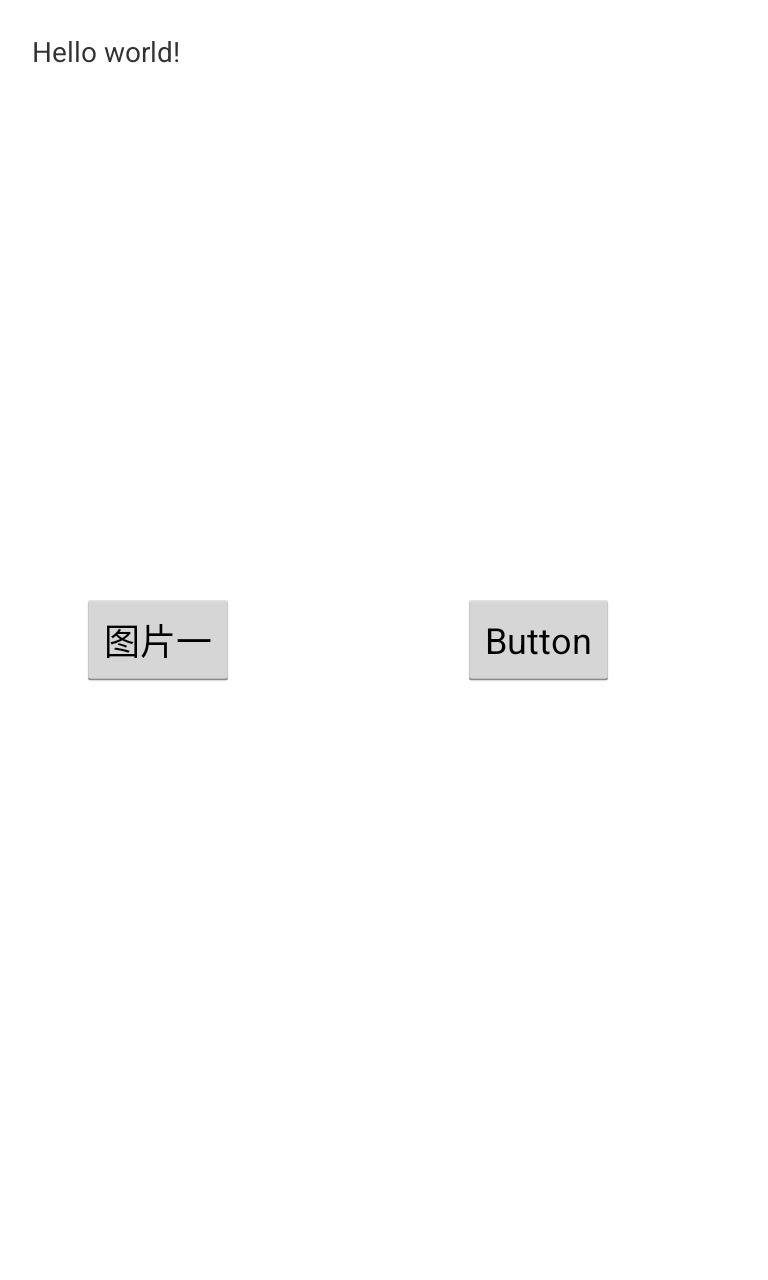
Repository: 17390089054/android
Layout: test_drawable/res/layout/activity_main.xml
The author's editor kept a copy of each file at every save. The layout is drawn from the files as they stood at one save, then again after the next save.
It is drawn on a 768 x 1280 px phone screen (xhdpi) without system bars, with theme AppTheme; the app's code is not run.

Above is the layout before, as saved 2018-05-05 03:47:46.

After the next save:
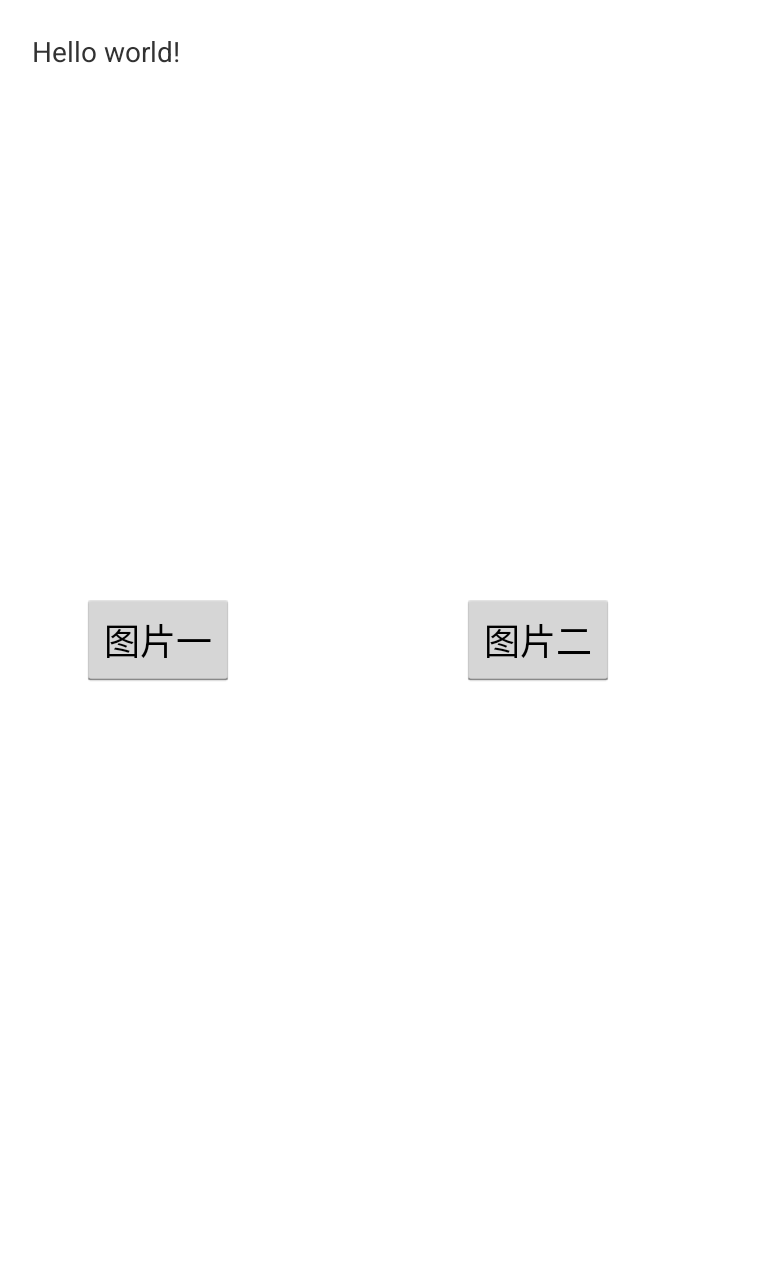
Saved 6 s later.
--- a/test_drawable/res/layout/activity_main.xml
+++ b/test_drawable/res/layout/activity_main.xml
@@ -21,7 +21,7 @@
         android:layout_alignParentRight="true"
         android:layout_centerVertical="true"
         android:layout_marginRight="60dp"
-        android:text="Button" />
+        android:text="图片二" />
 
     <Button
         android:id="@+id/button1"
